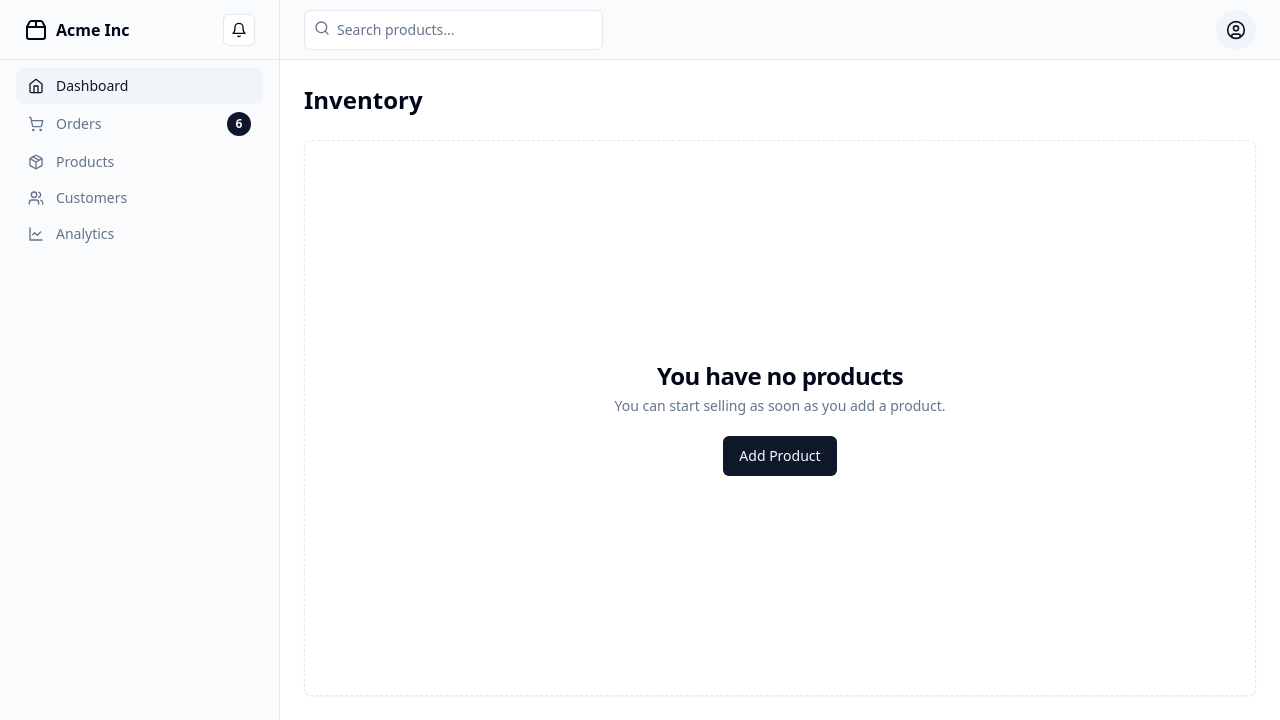
Repository: ifeanyidavid/yabta
Page: /dashboard (app in frontend/)
An editor plug-in stored every save of this project. The page is shown before and after the next save, followed by the edit.
The browser window is 1280 px wide. The pictures show the whole page.
The project was rebuilt for these pictures with package versions that can differ from the ones it lists, and the page was loaded fresh each time. Also part of the build but not shown: frontend/vite.config.ts, frontend/src/components/ui/card.tsx, frontend/src/components/ui/label.tsx, frontend/src/components/auth/login-form.tsx, frontend/src/pages/Login/index.tsx, frontend/src/routes/root.tsx, frontend/src/routes/error-page.tsx, frontend/src/components/auth/register-form.tsx and 5 more.

Above is the page before, as saved 2024-07-13 03:56:01.

After the next save:
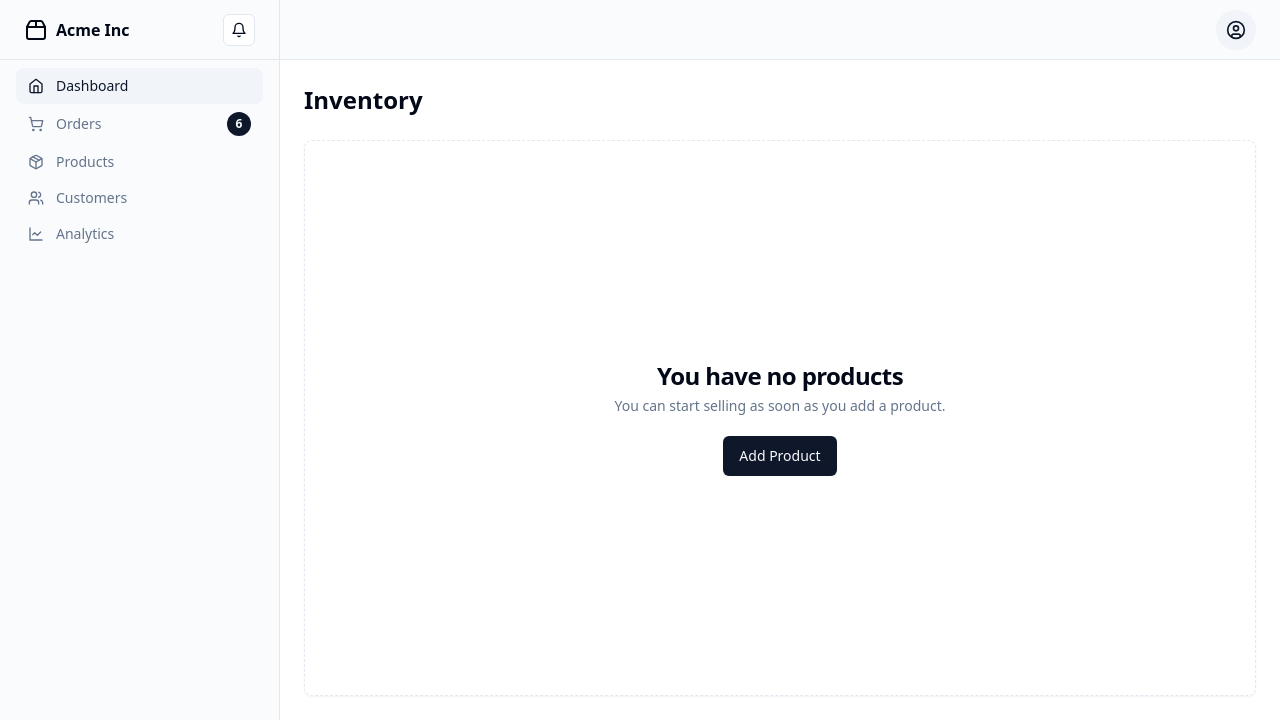
Saved 118 s later.
--- a/frontend/src/pages/Dashboard/index.tsx
+++ b/frontend/src/pages/Dashboard/index.tsx
@@ -167,16 +167,7 @@ export const Dashboard: React.FC = () => {
         <header className="flex h-14 items-center gap-4 border-b bg-muted/40 px-4 lg:h-[60px] lg:px-6">
           <SidebarMobile />
           <div className="w-full flex-1">
-            <form>
-              <div className="relative">
-                <SearchIcon className="absolute left-2.5 top-2.5 h-4 w-4 text-muted-foreground" />
-                <Input
-                  type="search"
-                  placeholder="Search products..."
-                  className="w-full appearance-none bg-background pl-8 shadow-none md:w-2/3 lg:w-1/3"
-                />
-              </div>
-            </form>
+
           </div>
           <DropdownMenu>
             <DropdownMenuTrigger asChild>
